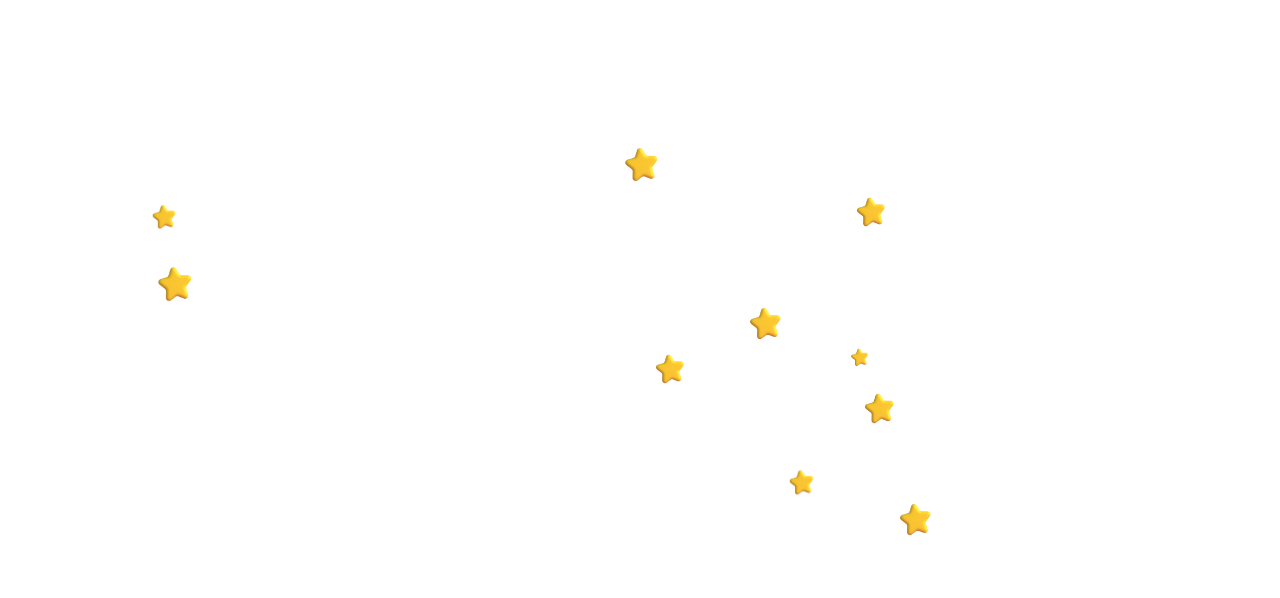
Repository: heartbreathing/Star-game
Page: index.html
The author's editor kept a copy of each file at every save. The page is drawn from the files as they stood at one save, then again after the next save.
The browser window is 1280 px wide. The pictures show the whole page.

Above is the page before, as saved 2022-10-28 23:16:02.

### index.html
<!DOCTYPE html>
<html lang="en">
  <head>
    <meta charset="UTF-8" />
    <meta http-equiv="X-UA-Compatible" content="IE=edge" />
    <meta name="viewport" content="width=device-width, initial-scale=1.0" />
    <title>Document</title>
    <style>
      /* body {
        background-color: black;
      } */
    </style>
  </head>
  <body>
    <script>
      function star() {
        let timer = setInterval(function () {
          var obj = document.createElement('img');

          var wid = Math.floor(Math.random() * 20 + 20);
          obj.width = wid;
          var x = Math.floor(Math.random() * 1000 + 50);
          var y = Math.floor(Math.random() * 500 + 50);
          obj.style.position = 'absolute';
          obj.style.top = y + 'px';
          obj.style.left = x + 'px';
          obj.src = './image/star.png';
          //   obj[z - index] = 9999;
          document.body.appendChild(obj);
          obj.addEventListener('click', function () {
            this.parentNode.removeChild(this);
          });
        }, 500);
      }
      star();
    </script>
  </body>
</html>

After the next save:
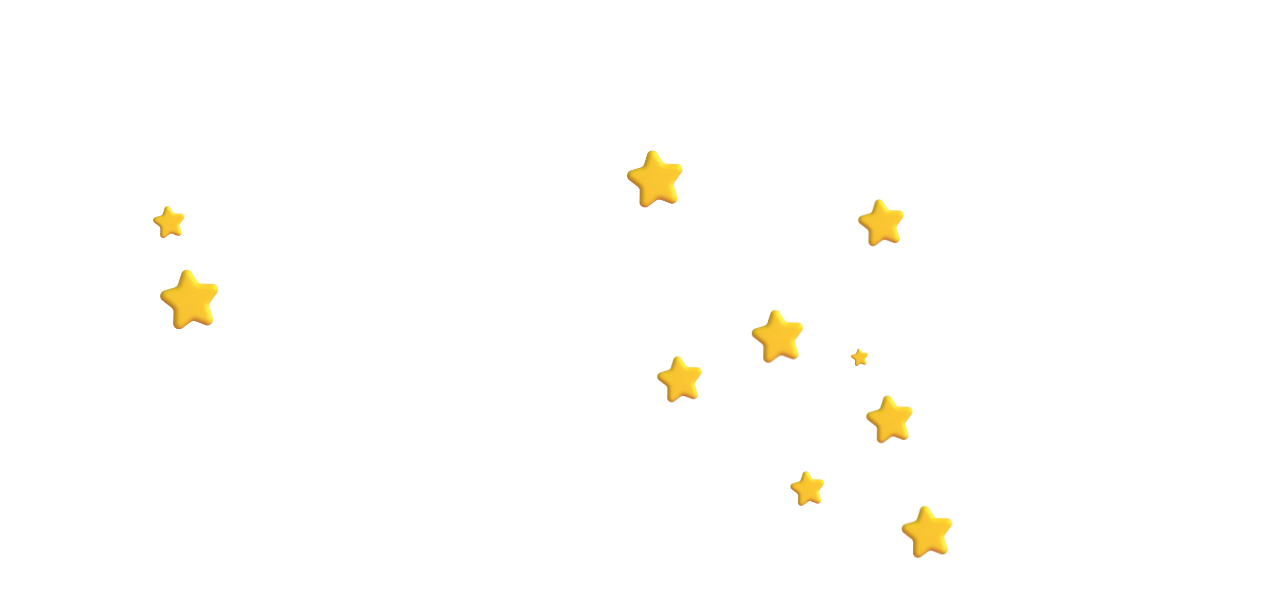
Saved 36 s later.
--- a/index.html
+++ b/index.html
@@ -17,7 +17,7 @@
         let timer = setInterval(function () {
           var obj = document.createElement('img');
 
-          var wid = Math.floor(Math.random() * 20 + 20);
+          var wid = Math.floor(Math.random() * 50 + 20);
           obj.width = wid;
           var x = Math.floor(Math.random() * 1000 + 50);
           var y = Math.floor(Math.random() * 500 + 50);
